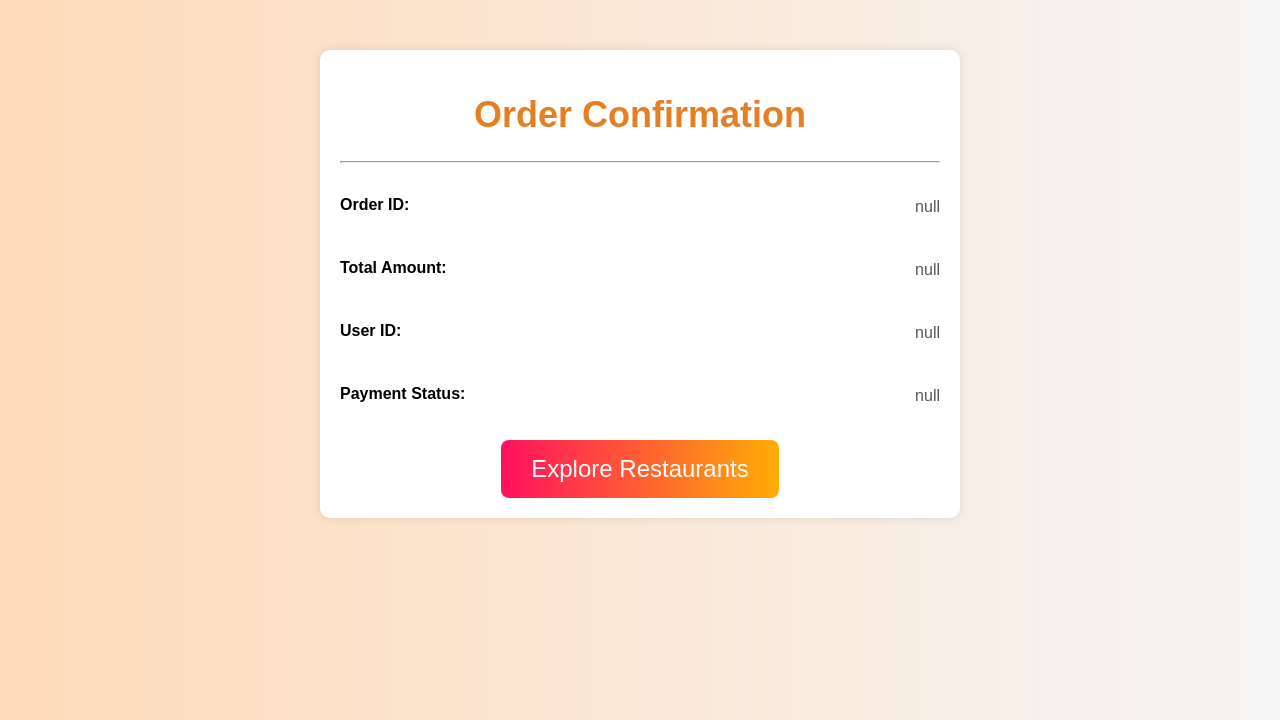
Repository: SWATHIBHUMA/FoodDelivaryApp
Page: http://localhost/FoodDelivaryApp/orderConfirmation.jsp
These files come from the project's save history. The page is drawn as it stood at one moment and after the next save; the edit follows.
The browser window is 1280 px wide. The pictures show the whole page.
The page is served by Tomcat 9. Other server files are loaded and not shown.

Above is the page before, as saved 2024-01-16 07:35:55.

### FoodDelivaryApp/src/main/webapp/orderConfirmation.jsp
<%@ page language="java" contentType="text/html; charset=UTF-8" pageEncoding="UTF-8"%>
<%@ page import="java.util.Objects" %>
<%@ page import="javax.servlet.http.HttpSession" %>

<%
    //HttpSession session = request.getSession();

    // Retrieve details from the session
    Integer orderId = (Integer) session.getAttribute("orderId");
    Integer totalAmount = (Integer) session.getAttribute("totalAmount");
    Integer userId = (Integer) session.getAttribute("userId");
    String paymentStatus = (String) session.getAttribute("paymentStatus");
%>

<!DOCTYPE html>
<html lang="en">
<head>
    <meta charset="UTF-8">
    <meta name="viewport" content="width=device-width, initial-scale=1.0">
    <style>
        body {
            font-family: 'Arial', sans-serif;
            background: linear-gradient(to right, peachpuff, whitesmoke);
            text-align: center;
            margin: 0;
            padding: 0;
        }

        .container {
            max-width: 600px;
            margin: 50px auto;
            background-color: #fff;
            border-radius: 10px;
            box-shadow: 0 0 10px rgba(0, 0, 0, 0.1);
            padding: 20px;
        }

        h1 {
			color: #e67e22;
			/* Dark orange text */
			margin-bottom: 25px;
			font-size: 36px;
			/* Increased font size */
			animation: bounce 1s forwards;
			/* Change infinite to forwards for single time bounce */
		}

		@keyframes bounce {

			0%,
			20%,
			50%,
			80%,
			100% {
				transform: translateY(0);
			}

			40% {
				transform: translateY(-20px);
			}

			60% {
				transform: translateY(-10px);
			}
		}


        p {
            color: #555;
            margin: 10px 0;
        }

        .form-group {
            display: flex;
            flex-direction: row;
            justify-content: space-between;
            align-items: center;
            margin-top: 25px;
            margin-bottom: 25px;
            gap: 25px;
        }

        .form-label {
            font-weight: bold;
            margin-bottom: 5px;
        }

        .form-input {
            padding: 10px;
            font-size: 16px;
            border: 1px solid #ccc;
            border-radius: 5px;
        }

        .form-button {
            background-color: #007bff;
            color: #fff;
            padding: 10px;
            font-size: 16px;
            border: none;
            border-radius: 5px;
            cursor: pointer;
        }

        .container-1{
        	display: inline-block;
        }

        button {
			background: linear-gradient(to right, #ff105f,#ffad06);
			/* Dark orange button color */
			color: #ffffff;
			/* White button text color */
			padding: 15px 30px;
			font-size: 24px;
			/* Increased font size */
			border: none;
			border-radius: 8px;
			cursor: pointer;
			transition: background-color 0.3s ease, transform 0.3s ease;
			outline: none;
			/* Remove default focus outline */
		}

		button:hover {
			background-color: #d35400;
			transform: scale(1.1);
			/* Darker orange on hover */
		}


    </style>
    <title>Order Confirmation</title>
</head>
<body>
    <div class="container">
        <h1>Order Confirmation</h1>
		<hr>
        <div class="form-group">
            <label class="form-label">Order ID:</label>
            <p><%= orderId %></p>
        </div>

        <div class="form-group">
            <label class="form-label">Total Amount:</label>
            <p><%= totalAmount %></p>
        </div>

        <div class="form-group">
            <label class="form-label">User ID:</label>
            <p><%= userId %></p>
        </div>

        <div class="form-group">
            <label class="form-label">Payment Status:</label>
            <p><%= paymentStatus %></p>
        </div>

		<div class="container-1">
        	<button onclick="window.location.href='<%= request.getContextPath() %>/Restaurents'">Explore Restaurants</button>
		</div>
    </div>
</body>
</html>

After the next save:
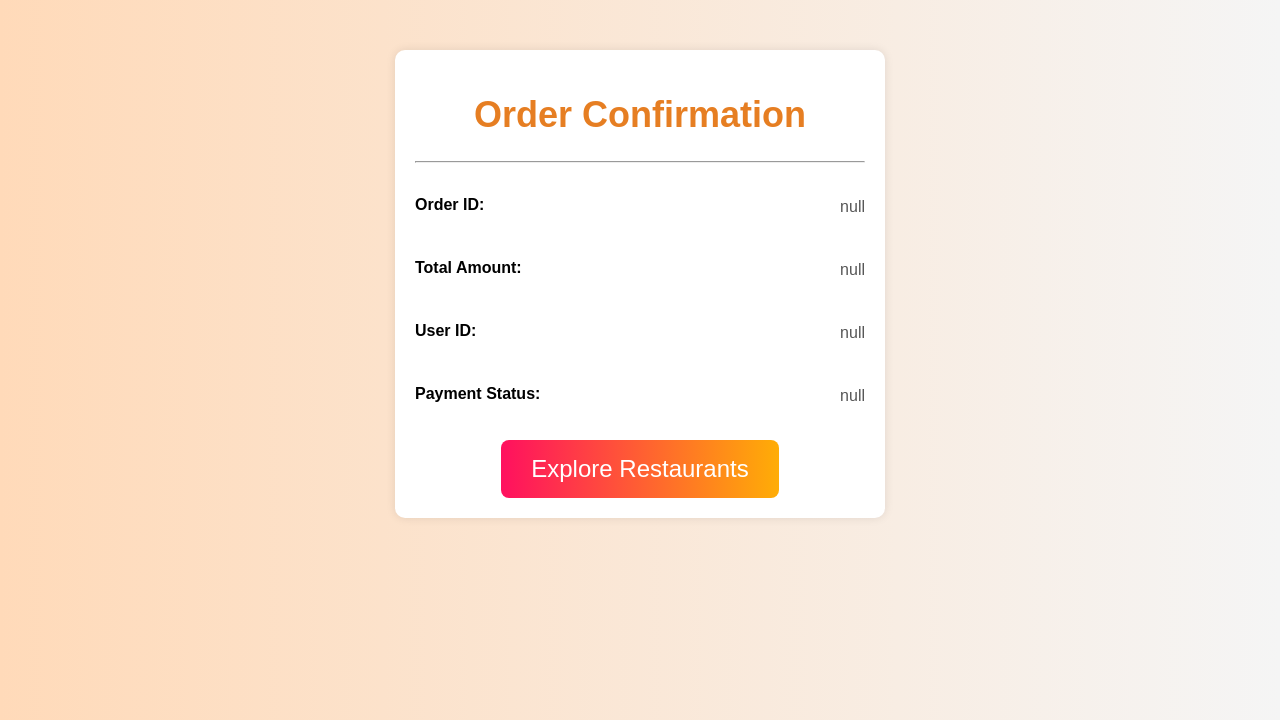
Saved 7 s later.
--- a/FoodDelivaryApp/src/main/webapp/orderConfirmation.jsp
+++ b/FoodDelivaryApp/src/main/webapp/orderConfirmation.jsp
@@ -27,7 +27,7 @@
         }
 
         .container {
-            max-width: 600px;
+            max-width: 450px;
             margin: 50px auto;
             background-color: #fff;
             border-radius: 10px;
